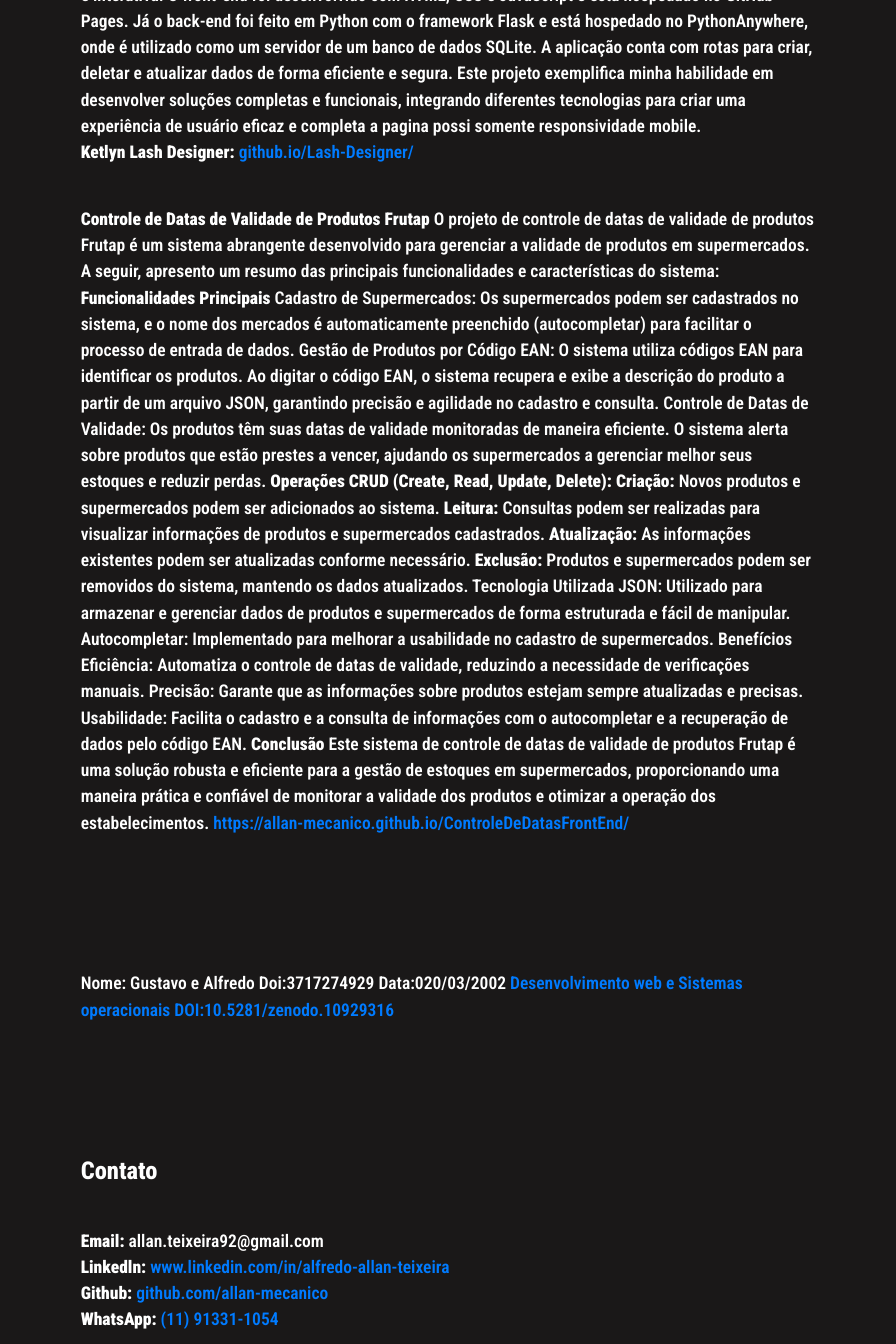
Repository: alfredo-allan/Portfolio
Page: index.html
An editor plug-in stored every save of this project. The page is shown before and after the next save, followed by the edit.
The browser window is 1280 px wide. The pictures show the part of the page from y = 2547 to 4467 px (the page is 4467 px tall before and 4429 px after), at 70% of full size.

Above is the page before, as saved 2024-05-26 19:34:42.

After the next save:
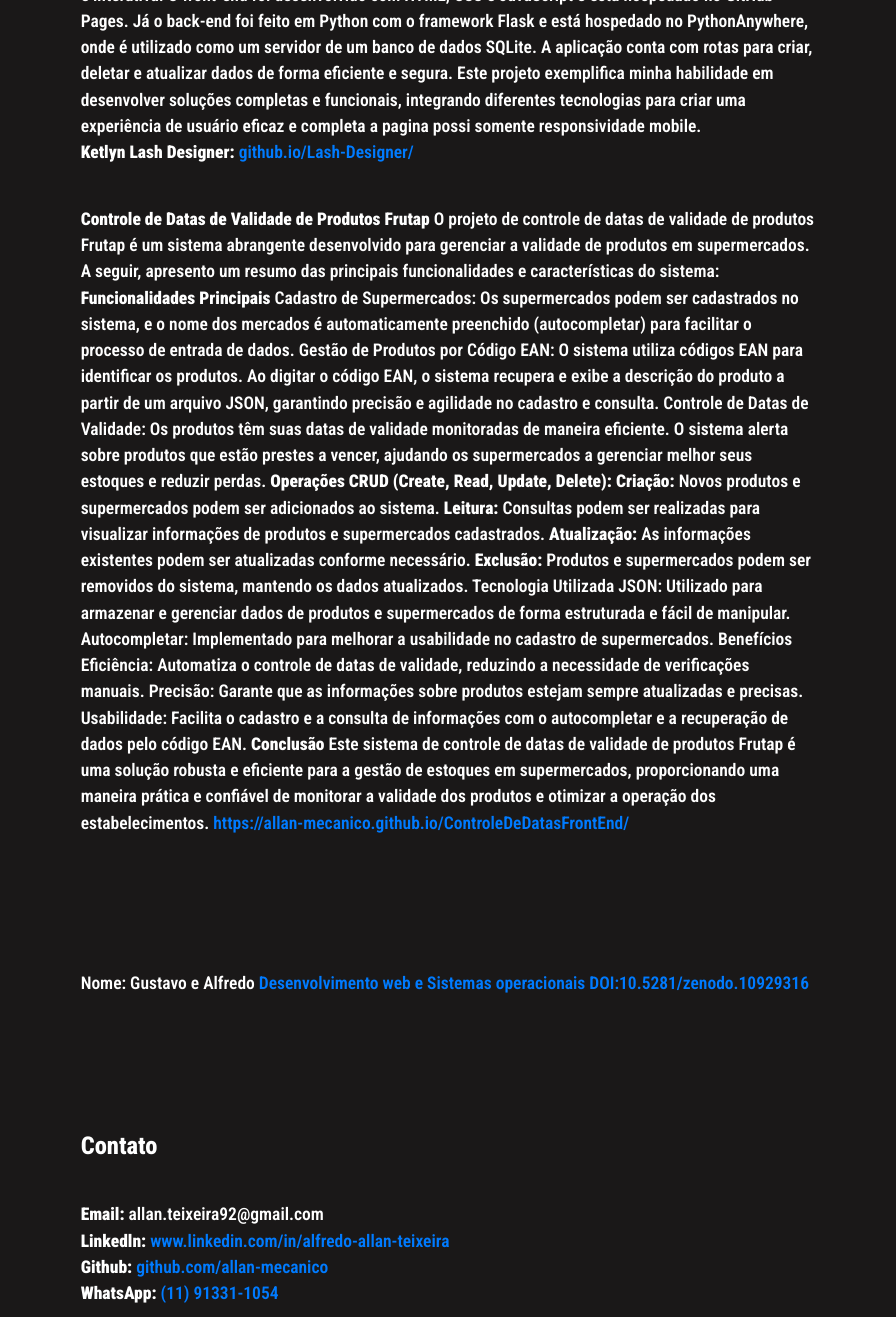
Saved 7 s later.
--- a/index.html
+++ b/index.html
@@ -152,7 +152,7 @@
     </div>
     <div id="Atividades">
       <p>
-          Nome: Gustavo e Alfredo Doi:3717274929 Data:020/03/2002
+          Nome: Gustavo e Alfredo
         <a href="https://zenodo.org/records/10929316"
           >Desenvolvimento web e Sistemas operacionais
           DOI:10.5281/zenodo.10929316</a
